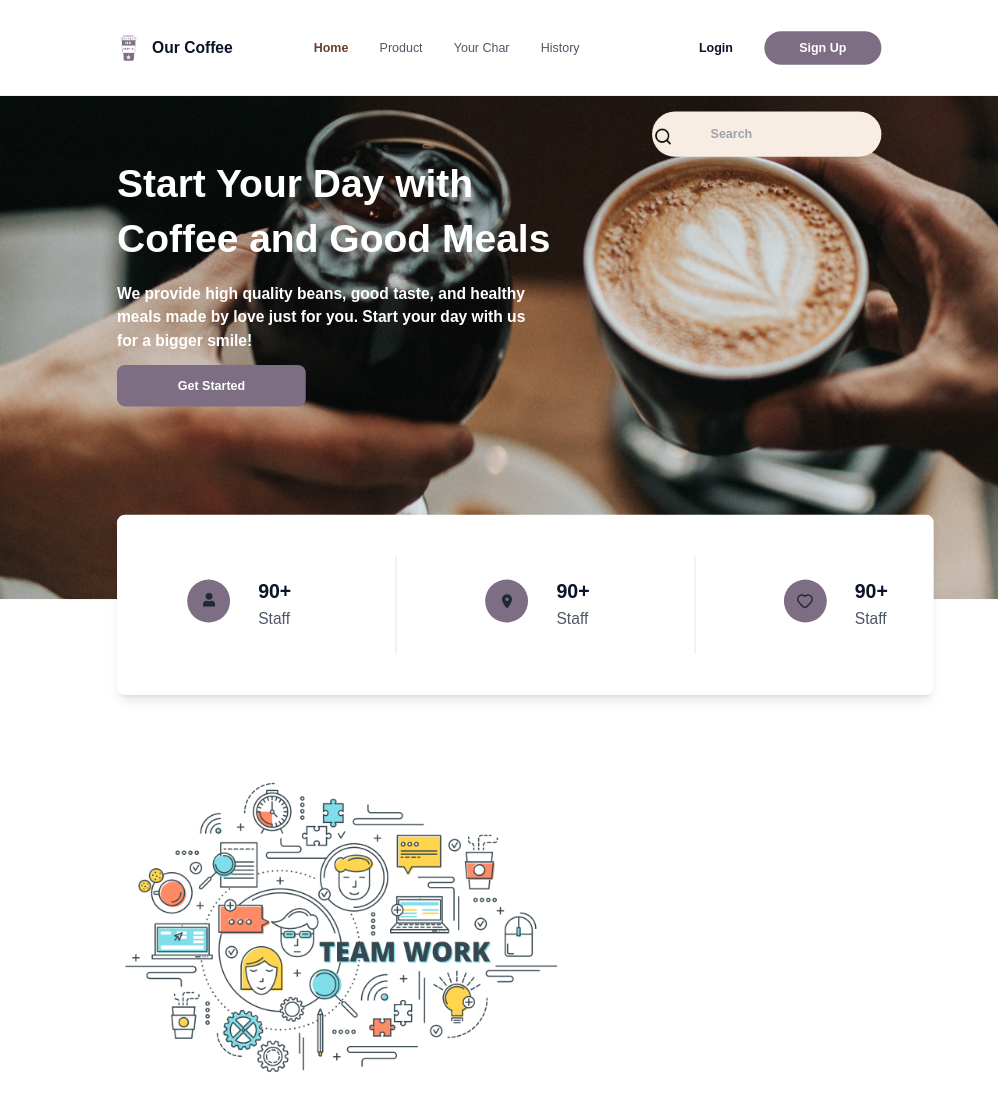
Repository: boykebn/fw12-collab2-FRONTEND
Page: / (app in our/)
These files come from the project's save history. The page is drawn as it stood at one moment and after the next save; the edit follows.
The browser window is 1280 px wide. The pictures show the whole page, at 78% of full size.
The project was rebuilt for these pictures with package versions that can differ from the ones it lists, and the page was loaded fresh each time. The framework's server and built-in components were replaced by stand-ins that run in the browser. Also part of the build but not shown: our/next.config.js.

Above is the page before, as saved 2022-12-30 22:34:12.

### our/pages/_app.js
import '../styles/globals.css'
import { Provider } from 'react-redux'
import {store} from '../redux/store'

export default function App({ Component, pageProps }) {
  return (
  <Provider store={store}>
    <Component {...pageProps} />
  </Provider>
  )
}

### our/pages/index.js
import React from "react";
import Image from "next/image";
import logo from "../assets/logoOurCoffee.png";
import Link from "next/link";
import search from "../assets/search.png";
import profileIcon from "../assets/profile-icon.png";
import { FaUser } from "react-icons/fa";
import { MdLocationOn } from "react-icons/md";
import { AiOutlineHeart } from "react-icons/ai";
import layer2 from "../assets/img-layer2.png";
export default function Home() {
  return (
    <div className="font-rubik">
      <div className="px-[150px] py-[45px] flex items-center">
        <div className="flex flex-1 items-center">
          <Image src={logo} alt="logo" className="w-[30px] h-[33px] mr-[15px]" />
          <span className="text-[#0B132A] text-[20px] font-bold leading-[23px]">Our Coffee</span>
        </div>
        <div className=" text-[#4F5665] text-[16px] mr-[153px]">
          <span className="font-bold text-[#6A4029] mr-[40px]">Home</span>
          <span className="mr-[40px]">Product</span>
          <span className="mr-[40px]">Your Char</span>
          <span>History</span>
        </div>
        <div className="text-[16px] font-[600] leading-[19px]">
          <Link href="#" className="mr-[40px] text-[#0B132A]">
            Login
          </Link>
          <Link href="#" className="text-white border-1 bg-[#7d6e83] py-[13px] px-[45px] rounded-[50px]">
            Sign Up
          </Link>
        </div>
      </div>
      <div className="bg-[url('../assets/background-home.png')] h-[645px] ">
        <div className="px-[150px] flex">
          <div className="pt-[78px] mr-auto">
            <p className="text-white text-[50px] font-bold leading-[70px] w-[570px] mb-[20px]">Start Your Day with Coffee and Good Meals</p>
            <p className="text-white text-[20px] font-bold leading-[30px] w-[555px] mb-[32px]">We provide high quality beans, good taste, and healthy meals made by love just for you. Start your day with us for a bigger smile!</p>
            <Link href="#" className="text-white text-[16px] font-bold border-1 px-[78px] py-[18px] bg-[#7d6e83] rounded-[10px]">
              Get Started
            </Link>
          </div>
          <div className="pt-[20px]">
            <Image src={search} alt="search" className="absolute top-[165px] right-[420px]" />
            <input placeholder="Search" className="focus:outline-none bg-[#f8ede3] py-[17px] pl-[75px] font-[900] rounded-[30px]" />
          </div>
        </div>
      </div>
      <div className="pl-[90px] pr-[59px] py-[53px] border-1 bg-white absolute left-[150px] top-[660px] rounded-[10px] flex items-center shadow-lg mb-[103px]">
        <div className="flex">
          <div className="mr-[36px]">
            <FaUser className="w-[16px] h-[18px] absolute left-[110px] top-[100px]" />
            <div className="border-1 bg-[#7d6e83] w-[55px] h-[55px] rounded-[50%] \"></div>
          </div>
          <div className="mr-[134px]">
            <p className="text-[#0B132A] text-[25px] font-bold leading-[30px] mb-[5px]">90+</p>
            <p className="text-[#4F5665] text-[20px] leading-[30px]">Staff</p>
          </div>
        </div>
        <hr className="bg-[#EEEFF2] w-[2px] h-[125px] mr-[113px]" />
        <div className="flex">
          <div className="mr-[36px]">
            <MdLocationOn className="w-[22px] h-[26px] absolute left-[489px] top-[98px]" />
            <div className="border-1 bg-[#7d6e83] w-[55px] h-[55px] rounded-[50%] \"></div>
          </div>
          <div className="mr-[134px]">
            <p className="text-[#0B132A] text-[25px] font-bold leading-[30px] mb-[5px]">90+</p>
            <p className="text-[#4F5665] text-[20px] leading-[30px]">Staff</p>
          </div>
        </div>
        <hr className="bg-[#EEEFF2] w-[2px] h-[125px] mr-[113px]" />
        <div className="flex">
          <div className="mr-[36px]">
            <AiOutlineHeart className="w-[24px] h-[28px] absolute left-[870px] top-[97px]" />
            <div className="border-1 bg-[#7d6e83] w-[55px] h-[55px] rounded-[50%] \"></div>
          </div>
          <div className="">
            <p className="text-[#0B132A] text-[25px] font-bold leading-[30px] mb-[5px]">90+</p>
            <p className="text-[#4F5665] text-[20px] leading-[30px]">Staff</p>
          </div>
        </div>
      </div>
      <div className="pt-[193px] px-[150px]">
        <div>
          <Image src={layer2} alt="img-layer-2" />
        </div>
      </div>
    </div>
  );
}

### our/styles/globals.css
@tailwind base;
@tailwind components;
@tailwind utilities;

@import url("https://fonts.googleapis.com/css2?family=Rubik&display=swap");

### our/redux/store.js
import { configureStore } from '@reduxjs/toolkit';
import thunk from 'redux-thunk'
import reducer from './reducers';
import {persistStore} from 'redux-persist'

const store = configureStore({
    reducer,
    middleware: [thunk]
})

const persistor = persistStore(store)

export {store, persistor}

### our/redux/reducers/index.js
import {combineReducers} from '@reduxjs/toolkit';
import {persistReducer} from 'redux-persist'
import storage from 'redux-persist/lib/storage'
import auth from './auth'

const authConfig = {
    key: 'auth',
    storage
}

const reducer = combineReducers({
    auth: persistReducer(authConfig, auth),
})

export default reducer

### our/redux/reducers/auth.js
import {createSlice} from '@reduxjs/toolkit'

const initialState = {
    token: null
}

const authReducer = createSlice({
    name: 'auth',
    initialState,
    reducers: {
        logout: (state, action) => {
            return initialState
        }
    },
    extraReducers: (build) => {
    }
})

export const { logout } = authReducer.actions

export default authReducer.reducer

### our/tailwind.config.js
/** @type {import('tailwindcss').Config} */
module.exports = {
  content: ["./pages/**/*.{js,ts,jsx,tsx}", "./components/**/*.{js,ts,jsx,tsx}"],
  theme: {
    extend: {
      fontFamily: {
        rubik: ["Rubik", "sans-serif"],
      },
    },
  },
  plugins: [require("daisyui")],
};

After the next save:
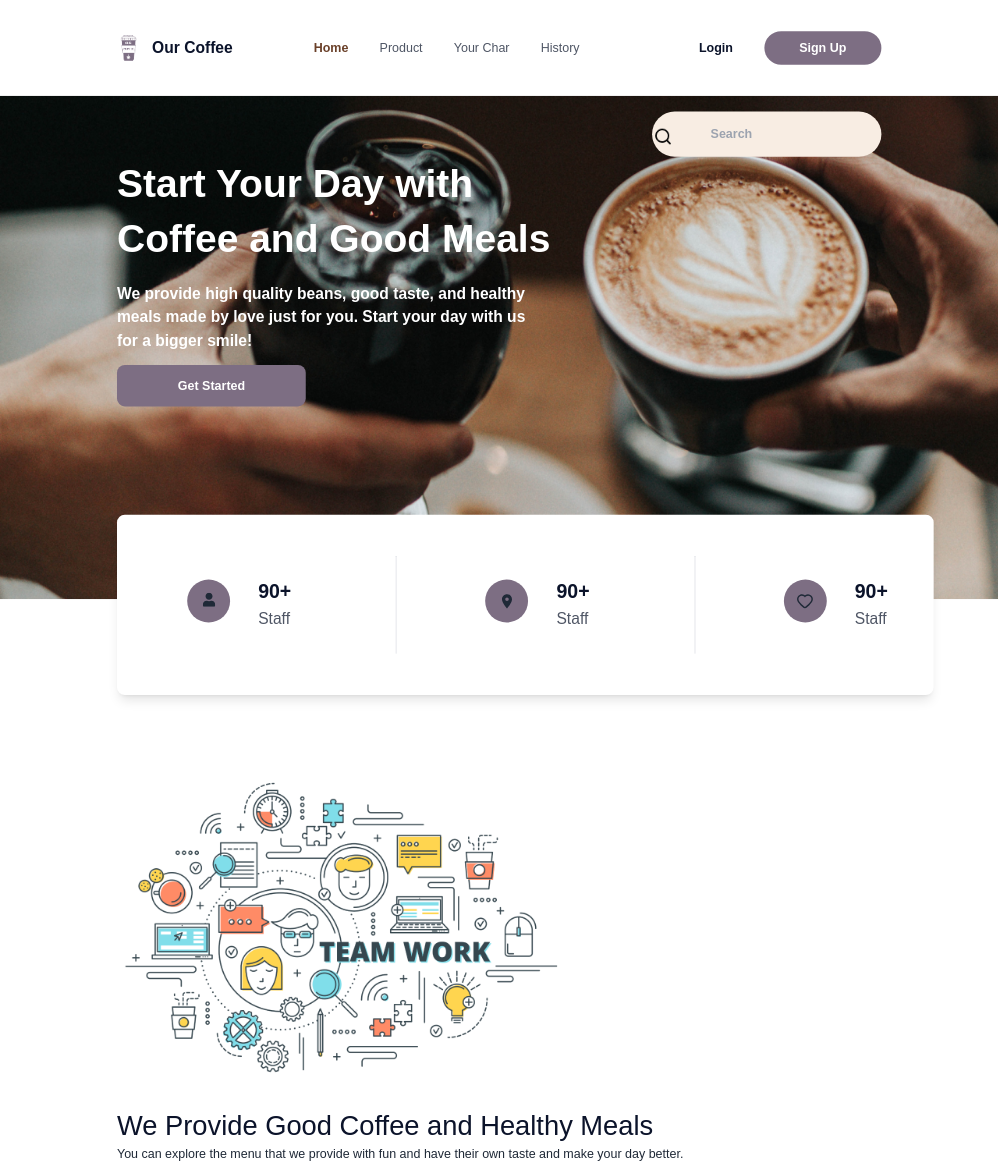
Saved 92 s later.
--- a/our/pages/index.js
+++ b/our/pages/index.js
@@ -84,6 +84,12 @@ export default function Home() {
         <div>
           <Image src={layer2} alt="img-layer-2" />
         </div>
+        <div>
+          <div>
+            <p className="text-[#0B132A] text-[35px] font-[500] leading-[50px] ">We Provide Good Coffee and Healthy Meals</p>
+            <p>You can explore the menu that we provide with fun and have their own taste and make your day better.</p>
+          </div>
+        </div>
       </div>
     </div>
   );
